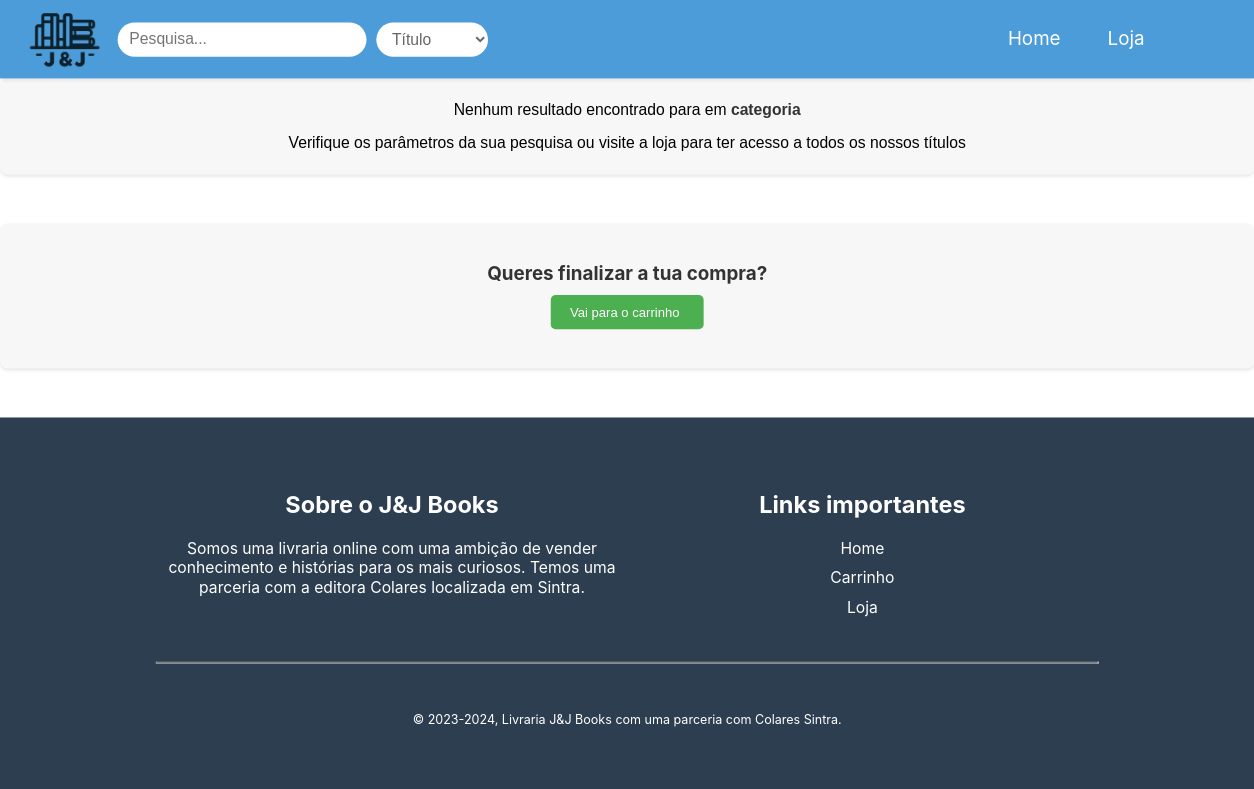
Repository: JoaoVitorFigueiredo/colareseditora
Page: /search
These files come from the project's save history. The page is drawn as it stood at one moment and after a run of saves; the edit follows.
The browser window is 1280 px wide. The pictures show the whole page, at 98% of full size.
Some icons come from a web library that is not loaded, so they are not drawn. The page's requests for data from a server got no answer. The project was rebuilt for these pictures with package versions that can differ from the ones it lists, and the page was loaded fresh each time. No one was signed in, and anything a server would have sent is missing. Also part of the build but not shown: src/Components/book-thumbnail.css, src/Utils/CartUtils.js, src/Components/book-thumbnail.js, src/Components/filter/filter.css, src/Components/filter/filter.js, src/Components/pageNav/pageNav.css, src/Components/pageNav/pageNav.js, src/Pages/shop/shop.css and 9 more.

Above is the page before, as saved 2024-04-18 21:16:04.

### public/index.html
<!DOCTYPE html>
<html lang="en">
  <head>
    <meta charset="utf-8" />
    <link rel="icon" href="%PUBLIC_URL%/favicon.ico" />
    <meta name="viewport" content="width=device-width, initial-scale=1" />
    <meta name="theme-color" content="#000000" />
    <meta
      name="description"
      content="Bookshop by J&J Books"
    />
    <link rel="apple-touch-icon" href="%PUBLIC_URL%/logo192.png" />
    <!--
      manifest.json provides metadata used when your web app is installed on a
      user's mobile device or desktop. See https://developers.google.com/web/fundamentals/web-app-manifest/
    -->
    <link rel="manifest" href="%PUBLIC_URL%/manifest.json" />
    <!--
      Notice the use of %PUBLIC_URL% in the tags above.
      It will be replaced with the URL of the `public` folder during the build.
      Only files inside the `public` folder can be referenced from the HTML.

      Unlike "/favicon.ico" or "favicon.ico", "%PUBLIC_URL%/favicon.ico" will
      work correctly both with client-side routing and a non-root public URL.
      Learn how to configure a non-root public URL by running `npm run build`.
    -->
    <title>J&J</title>
    <link href="https://cdn.jsdelivr.net/gh/eliyantosarage/font-awesome-pro@main/fontawesome-pro-6.5.1-web/css/all.min.css" rel="stylesheet">
  </head>
  <body>
    <noscript>You need to enable JavaScript to run this app.</noscript>
    <div id="root"></div>
    <!--
      This HTML file is a template.
      If you open it directly in the browser, you will see an empty page.

      You can add webfonts, meta tags, or analytics to this file.
      The build step will place the bundled scripts into the <body> tag.

      To begin the development, run `npm start` or `yarn start`.
      To create a production bundle, use `npm run build` or `yarn build`.
    -->
  </body>
</html>

### src/index.css
body {
  margin: 0;
  min-height: 100%;
  font-family: -apple-system, BlinkMacSystemFont, 'Segoe UI', 'Roboto', 'Oxygen',
    'Ubuntu', 'Cantarell', 'Fira Sans', 'Droid Sans', 'Helvetica Neue',
    sans-serif;
  -webkit-font-smoothing: antialiased;
  -moz-osx-font-smoothing: grayscale;
}

code {
  font-family: source-code-pro, Menlo, Monaco, Consolas, 'Courier New',
    monospace;
}

### src/App.js
import './App.css';
import {BrowserRouter as Router, Routes, Route} from "react-router-dom";
import {createContext, useState} from "react";

import Navbar from "./Components/navbar/navbar.js"
import Footer from "./Components/footer/footer.js"

import {Shop} from "./Pages/shop/shop"
import {Cart} from "./Pages/cart/cart"
import {BestSellers} from "./Pages/best-sellers/best-sellers";
import {Sales} from "./Pages/sales/books"
import {BookPage} from "./Pages/book-page/book-page";
import {Search} from "./Pages/search/search.js";

import {NotFoundPage} from './Pages/404/notfound';


export const CartContext = createContext({books:[],total:0,volume:0})

function App() {
  const [cart, setCart] = useState({books:[],total:0,volume:0})

  return (
    <div className="App">
      <CartContext.Provider value={{cart,setCart}}>
    <Router>
      <Navbar/>
      <Routes>
        <Route path="/" element={<BestSellers/>}></Route>
        <Route path="/shop" element={<Shop/>}></Route>
        <Route path="/sales" element={<Sales/>}></Route>
        <Route path="/cart" element={<Cart/>}></Route>
        <Route path="/book/:id" element={<BookPage/>}></Route>
        <Route path="/search" element={<Search/>}></Route>
        <Route path="*" element={<NotFoundPage />} />
      </Routes>
      <Footer/>
    </Router>
        </CartContext.Provider>
    </div>

  );
}

export default App;

### src/Components/navbar/navbar.js
import React, { useState, useContext } from "react";
import { NavLink, useNavigate } from "react-router-dom";
import "./navbar.css";
import booklogo from '../../assets/logo-jj.png';
import {CartContext} from "../../App";


function NavBar() {
    const navigator = useNavigate()

    const [isMenuOpen, setIsMenuOpen] = useState(false);
    const toggleMenu = () => setIsMenuOpen(prevState => !prevState);

    const [searchString, setSearchString] = useState('');

    const [searchOption, setSearchOption] = useState('title')

    const {cart} = useContext(CartContext)



    function updateSearchString(e) {
        setSearchString(e.target.value);
    }

    function updateSearchOption(e){
        setSearchOption(e.target.value)
    }

    function handleEnter(e){
        if (e.key === "Enter") {
            navigator(`/search?searchOption=${searchOption}&searchString=${searchString}&page=1`)
        }
    }

    return (
        <nav className="navbar">
            <div className="nav-container">
                <NavLink exact to="/" className="nav-logo">
                    <img src={booklogo} alt="J&J Books Logo" className="logo-image"/>
                </NavLink>

                <div className="nav-search-container">
                    <input
                        type="text"
                        placeholder="Pesquisa..."
                        className="nav-search-input"
                        value={searchString}
                        onChange={updateSearchString}
                        onKeyDown={handleEnter}
                    />
                    <select id="dropdown" value={searchOption} onChange={updateSearchOption}>
                        <option value="title">Título</option>
                        <option value="authors">Autor</option>
                        <option value="categories">Categoria</option>
                    </select>
                </div>

                <div className="nav-toggle" onClick={toggleMenu}>
                    <div className={isMenuOpen ? "nav-icon open" : "nav-icon"}><i class="fa-solid fa-sliders"></i></div>
                </div>

                <ul className={isMenuOpen ? "nav-menu active" : "nav-menu"}>
                    <li className="nav-item" onClick={toggleMenu}>
                        <NavLink exact to="/" activeClassName="active" className="nav-links">
                            Home
                        </NavLink>
                    </li>
                    <li className="nav-item" onClick={toggleMenu}>
                        <NavLink exact to="/shop?selectedOption=-score&filterOption=authors&filterString=&page=1"
                              activeClassName="active" className="nav-links">
                            Loja
                        </NavLink>
                    </li>
                    <li className="nav-item" onClick={toggleMenu}>
                        <NavLink exact to="/cart" activeClassName="active" className="nav-links">
                            <i className="fas fa-shopping-cart"></i>
                            {cart.volume > 0 && (
                                <span className="cart-item-count">{cart.volume}</span>
                            )}
                        </NavLink>
                    </li>
                </ul>
            </div>
        </nav>
    );
}

export default NavBar;

### src/Components/footer/footer.js
import React from "react";
import { NavLink, useLocation } from "react-router-dom";
import "./footer.css";

function Footer() {
    const location = useLocation()
    function CallForAction() {

        if (location.pathname !== "/cart"){
            return (
                <div className="cart-call-for-action">
                    <h3>Queres finalizar a tua compra?</h3>
                    <NavLink to="/cart">
                        <button>Vai para o carrinho <i className="fas fa-shopping-cart"/></button>
                    </NavLink>
                </div>
            );
        }
    }

    return (
        <div>
            <CallForAction/>
            <footer className="footer">

                <div className="footer-container">
                    <div className="footer-section">
                        <h3 className="footer-heading">Sobre o J&J Books</h3>
                    <p className="footer-text">Somos uma livraria online com uma ambição de vender conhecimento e
                        histórias para os mais curiosos. Temos uma parceria com a editora Colares localizada em
                        Sintra.</p>
                </div>
                <div className="footer-section">
                    <h3 className="footer-heading">Links importantes</h3>
                    <ul className="footer-list">
                        <li className="footer-list-item"><NavLink to="/" className="footer-link">Home</NavLink>
                        </li>
                        <li className="footer-list-item"><NavLink to="/cart" className="footer-link">Carrinho</NavLink></li>
                        <li className="footer-list-item"><NavLink to="/shop" className="footer-link">Loja</NavLink></li>
                    </ul>
                </div>
            </div>
            <hr className="footer-divider"/>
            <div className="copyright">
                <p>&copy; 2023-{new Date().getFullYear()}, Livraria J&J Books com uma parceria com Colares Sintra.</p>
            </div>
        </footer>
        </div>
        );
        }

        export default Footer;

### src/Pages/search/search.js
import React, {useEffect, useState} from "react";
import {useLocation} from "react-router-dom";
import {BookThumbnail} from "../../Components/book-thumbnail";
import {PageNav} from "../../Components/pageNav/pageNav";
import "./search.css";

export function Search(){
    const  location  = useLocation()
    const { search } = location
    let page = new URLSearchParams(location.search).get("page")
    let searchString = new URLSearchParams(location.search).get("searchString")
    let searchOption = new URLSearchParams(location.search).get("searchOption")
    const [books, setBook] = useState([])
    const [pageNumber,setPageNumber] = useState()


    useEffect(() => {
        fetchBooks();
    },[page, searchString, searchOption])

    useEffect(()=>{
        window.scrollTo(0,0)
    }, [page])

    const fetchBooks = async () => {
        try {
            const responseTotal = await fetch(`http://localhost:3030/books?title_like=${searchString}`,{method:"GET"})
            const allBooks = await responseTotal.json();
            const totalBooks = allBooks.length
            setPageNumber(Math.ceil(totalBooks / 10))


            const response = await fetch(`http://localhost:3030/books?${searchOption}_like=${searchString}&_per_page=10&_page=${page}`,{method:"GET"})
            const bookData = await response.json();
            setBook(bookData)
        }
        catch (error){
            console.error(`Error fetching data: ${error}`) // Era engraçado fazer isso daqui enviar pra uma página de erro.
        }
    }
    if (books.length > 0) {
        return (
            <div>
                <h1 className="search-results">A exibir resultados para "{searchString}" em {searchOption === "authors" ? "autor" : searchOption === "title" ? "título" : "categoria"}</h1>
                {books.map(book => <BookThumbnail book={book}/>)}
                <PageNav currentPage={page} currentPath={location.pathname} currentParams={search}
                         pageNumber={pageNumber}/>
            </div>
        )
    }else{
        return(
            <div class="search-result">
                <p>Nenhum resultado encontrado para <strong>{searchString}</strong> em <strong>{searchOption === "authors" ? "autor" : searchOption === "title" ? "título" : "categoria"}</strong></p>
                <p>Verifique os parâmetros da sua pesquisa ou visite a loja para ter acesso a todos os nossos títulos</p>
            </div>
        )
    }
}

### src/Components/navbar/navbar.css
.navbar {
    background-color: #4c9cd9;
    height: 80px;
    display: flex;
    justify-content: center;
    align-items: center;
    font-size: 1.2rem;
    position: sticky;
    top: 0;
    z-index: 20;
    box-shadow: 0 2px 4px rgba(0, 0, 0, 0.1); /* Sombra inicial */
    transition: box-shadow 0.3s ease; /* Transição suave para a sombra */
  }

  .nav-container {
    display: flex;
    justify-content: space-between; /* Adiciona espaço entre os elementos */
    align-items: center;
    width: 100%;
    height: 80px;
    max-width: 1500px;
    position: relative;
}

.nav-menu {
    display: flex;
    list-style: none;
    text-align: center;
    margin-right: 2rem;
    margin-left: auto; /* Move os itens para o canto direito */
}


  .nav-logo {
    display: flex;
    align-items: center;
}

.nav-logo img {
    margin-left: 10px;
    cursor: pointer;
    width: 110px; /* Defina o tamanho desejado para a imagem */
    height: auto;
}


  .logo-image {
  width: 110px;
  height: auto;
}

  .nav-links {
    color: #fff;
    text-decoration: none;
    padding: 0.5rem 1rem;
    height: 100%;
    border-bottom: 3px solid transparent;
  }

  .nav-links:hover {
    color: #47636d;
  }

  .nav-links:active {
    color: #47636d;
  }

  .nav-item {
    line-height: 40px;
    margin-right: 1rem;
  }

  .nav-item:after {
    content: "";
    display: block;
    height: 3px;
    width: 0;
    background: transparent;
    transition: width 0.7s ease, background-color 0.5s ease;
  }

  /* Nav ativo atual */
  .nav-item .active {
    color: #000000;
  }

  .nav-icon {
    display: none;
    color: #6099ca;
  }

  .nav-icon .icon {
    display: inline-block;
    width: 2rem;
    height: 2rem;
  }

  @media screen and (max-width: 960px) {

    .nav-search-container {
        flex-grow: 1; /* Faz o container de pesquisa ocupar todo o espaço disponível */
    }

    .nav-menu {
      display: flex;
      flex-direction: column;
      width: 100%;
      border-top: 1pxsolid #fff;
      position: absolute;
      top: 80px;
      left: -110%;
      opacity: 1;
      transition: all 0.5s ease;
    }

    .nav-menu.active {
      background: #6699c6;
      left: 0px;
      opacity: 1;
      transition: all 0.5s ease;
      z-index: 1;
    }
    .nav-item .active {
      color: #4080ff;
      border: none;
    }
    .nav-links {
      padding: 1.5rem;
      width: 100%;
      display: table;
    }

    .nav-logo .icon {
      width: 2rem;
      height: 2rem;
    }

    .nav-icon {
      display: block;
      position: absolute;
      top: 50%;
      right: 0;
      transform: translate(-100%, -50%);
      width: 2rem;
      height: 2rem;
      cursor: pointer;
      color: #ffffff;
    }
  }

.nav-search-container {
    position: relative;
    display: flex; /* Adiciona flexbox para alinhar itens */
}

.nav-search-input {
  border: none;
  border-radius: 20px;
  padding: 8px 35px 8px 12px;
  font-size: 1rem;
  margin-right: 10px; /* Adiciona margem entre o input e o dropdown */
  flex-grow: 1; /* Faz o input ocupar o espaço restante */
}

#dropdown {
  border: none;
  border-radius: 20px;
  padding: 8px 12px;
  font-size: 1rem;
  background-color: #fff;
  color: #666;
  cursor: pointer;
}

.cart-item-count {
  content:attr(value);
  font-size:12px;
  color: #fff;
  background: red;
  border-radius:50%;
  padding: 0 5px;
  position:relative;
  left:-8px;
  top:-10px;
  opacity:0.9;
}

@media screen and (max-width: 960px) {

  .nav-search-container {
    display: none;
  }

  #dropdown {
    display: none;
  }
}

### src/Components/footer/footer.css
.footer {
    background-color: #2c3e50; /* Darker blue background color */
    color: #fff; /* White text color */
    padding: 50px 0;
    margin-top: 50px;
    text-align: center;
}

.footer-container {
    display: flex;
    justify-content: space-between;
    max-width: 960px;
    margin: 0 auto;
}

.footer-section {
    flex: 1;
    margin-bottom: 30px;
}

.footer-heading {
    color: #fff;
    font-size: 1.5rem;
    margin-bottom: 20px;
}

.footer-text {
    font-size: 1rem;
}

.footer-list {
    list-style-type: none;
    padding: 0;
}

.footer-list-item {
    margin-bottom: 10px;
}

.footer-link {
    color: #fff;
    text-decoration: none;
    font-size: 1rem;
    transition: color 0.3s ease;
}

.footer-link:hover {
    color: #f39c12; /* Yellow color on hover */
}

/* Copyright */
.copyright {
    margin-top: 50px;
    font-size: 0.8rem;
}

.footer-divider {
    width: 75%;
    border-top: 1px solid #6f6e6e; /* Cor e estilo da linha */
    margin: 0 auto; /* Espaçamento acima e abaixo da linha */
}

/* Media query for smaller screens */
@media only screen and (max-width: 768px) {
    .footer-container {
        flex-direction: column;
        align-items: center;
    }
    .footer-section {
        width: 100%;
    }
}

.cart-call-for-action {
    background-color: #f7f7f7;
    padding: 20px;
    border-radius: 8px;
    box-shadow: 0 2px 4px rgba(0, 0, 0, 0.1);
    margin-bottom: 20px;
    margin-top: 50px;
}

.cart-call-for-action h3 {
    margin-bottom: 10px;
    font-size: 1.2rem;
    color: #333;
}

.cart-call-for-action button {
    background-color: #4CAF50;
    color: white;
    padding: 10px 20px;
    border: none;
    border-radius: 5px;
    cursor: pointer;
    transition: background-color 0.3s ease;
    margin-bottom: 20px;
}

.cart-call-for-action button:hover {
    background-color: #45a049;
}

.cart-call-for-action button i {
    margin-left: 5px;
}

### src/Pages/search/search.css
.search-result {
    font-family: Arial, sans-serif;
    background-color: #f7f7f7;
    padding: 20px;
    border-radius: 8px;
    box-shadow: 0 2px 4px rgba(0, 0, 0, 0.1);
    margin-bottom: 20px;
}

.search-result p {
    margin: 0;
    line-height: 1.5;
}

.search-result p strong {
    font-weight: bold;
    color: #333;
}

.search-result p:first-child {
    margin-bottom: 10px;
}

### src/Pages/404/notfound.css
.container {
    max-width: 600px;
    margin: 0 auto;
    text-align: center;
    padding: 80px 20px;
  }

  .title {
    font-size: 36px;
    color: #333;
  }

  .message {
    font-size: 18px;
    color: #666;
    margin-top: 20px;
  }

  a {
    color: #007bff;
    text-decoration: none;
  }

  a:hover {
    text-decoration: underline;
  }

Loaded but not shown: src/index.js (common file); src/reportWebVitals.js (common file); src/App.css (common file)

After the next 3 saves:
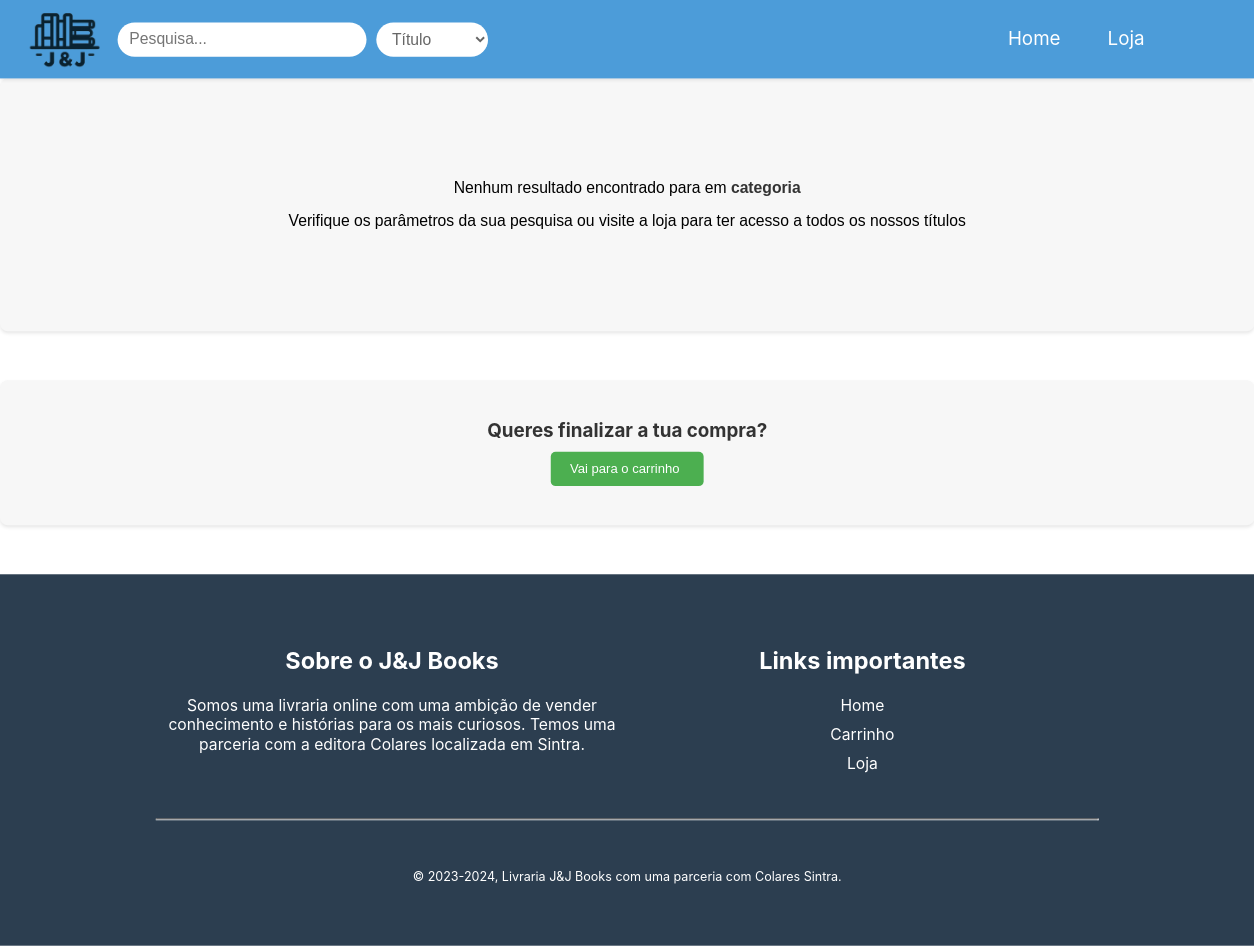
The 3 saves are shown as one change because they came seconds apart.
The last was saved 16 s later.
--- a/src/Pages/search/search.css
+++ b/src/Pages/search/search.css
@@ -1,7 +1,7 @@
 .search-result {
     font-family: Arial, sans-serif;
     background-color: #f7f7f7;
-    padding: 20px;
+    padding: 100px;
     border-radius: 8px;
     box-shadow: 0 2px 4px rgba(0, 0, 0, 0.1);
     margin-bottom: 20px;
